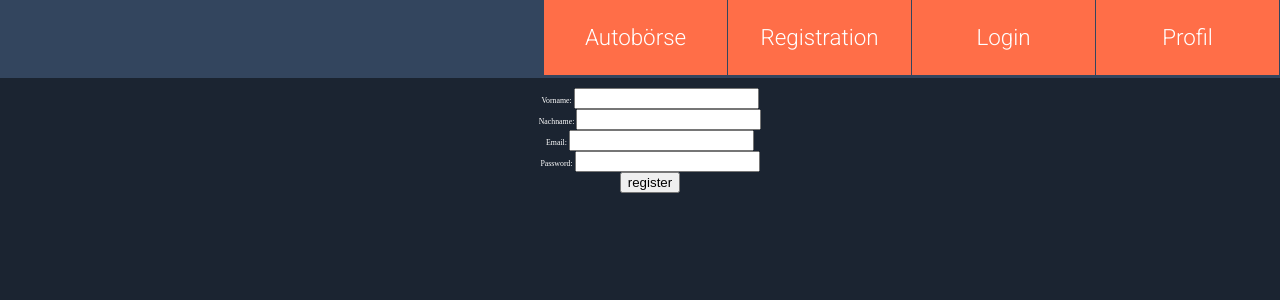
Repository: Turkelten/CarAdminstration
Page: http://localhost/Autobörse/registration.html
An editor plug-in stored every save of this project. The page is shown before and after the next save, followed by the edit.
The browser window is 1280 px wide. The pictures show the whole page.
The page is served by Tomcat 9. Other server files are loaded and not shown.

Above is the page before, as saved 2020-07-18 18:25:42.

### Autobörse/WebContent/registration.html
<!DOCTYPE html>
<html>
<head>
	<meta name="viewport" content="width=device-width, initial-scale=1.0" charset="ISO-8859-1">
	<title>Autobörse</title>
	<link href="https://fonts.googleapis.com/css2?family=Roboto+Slab:wght@300&family=Roboto:wght@300&display=swap" rel="stylesheet">
	<link href="style.css" rel="stylesheet">
</head>
<body>
	<header>
		<nav id="normal">
			<ul>
			  	<li ><a href="index.html">Autobörse</a></li>
			  	<li ><a class="active" href="registration.html">Registration</a></li>
			  	<li ><a class="active" onclick="document.getElementById('id01').style.display='block'">Login</a></li>
			  	<li ><a class="active" href="userprofil.html">Profil</a>
			  		<ul>
			  			<li ><a onclick="document.getElementById('profildaten').style.display='block'">Daten</a></li>
				  		<li ><a onclick="">Inserat erstellen</a></li>
				  		<li ><a class="active" href="LogoutServlet">Logout</a></li>
			 		</ul>
			  	</li>
			</ul>
		</nav>

		<nav id="mobile">
			<div id="menu">Menü</div>
			<ul>
			  	<li ><a href="index.html">Autobörse</a></li>
			  	<li ><a class="active" href="registration.html">Registration</a></li>
			  	<li ><a class="active" onclick="document.getElementById('id01').style.display='block'">Login</a></li>
			  	<li ><a class="active" href="userprofil.html">Profil</a>
			  		<ul>
			  			<li ><a onclick="document.getElementById('profildaten').style.display='block'">Daten</a></li>
				  		<li ><a onclick="">Inserat erstellen</a></li>
				  		<li ><a class="active" href="LogoutServlet">Logout</a></li>
			 		</ul>
			  	</li>
			</ul>
		</nav>
	</header>

	<div class="page">
		<div class="registration">
			<div class="login">
				<form method="post" action="register">
					 	Vorname:	<input class="inputregister" type="text" name="firstname" /><br/>
				    	Nachname:	<input class="inputregister" type="text" name="lastname" 	/><br/>
						Email:		<input class="inputregister" type="text" name="email" 	/><br/>
				       	Password:	<input class="inputregister" type="password" name="pass" 	/><br/>
				       <input type="submit" value="register" />
			   	</form>
		   	</div>
	   	</div>
   	</div>
</body>
</html>

### Autobörse/WebContent/style.css
body,
html {
  background: #1b2431;
  margin: 0;
  padding: 0;
  font-size: 100%;
  color: white;
}

@media screen and (max-width: 600px) {
  body,
  html {
    font-size: 48%;
  }
}

@media screen and (min-width: 600px) {
  body,
  html {
    font-size: 53%;
  }
}

@media screen and (min-width: 800px) {
  body,
  html {
    font-size: 57%;
  }
}

@media screen and (min-width: 1200px) {
  body,
  html {
    font-size: 70%;
  }
}

header {
  background: #33455e;
  position: fixed;
  top: 0;
  width: 100%;
  text-align: right;
  transition: 200ms all;
  height: 7rem;
}

header nav#normal {
  color: #c8354e;
  display: inline-block;
}

@media screen and (max-width: 800px) {
  header nav#normal {
    display: none;
  }
}

header nav#normal ul {
  margin: 0;
  padding: 0;
  transition: all 300ms;
  display: inline-block;
}

header nav#normal ul li {
  margin: 0;
  padding: 0;
  float: left;
  list-style: none;
  position: relative;
  transition: all 300ms;
}

header nav#normal ul li a {
  display: inline-block;
  padding: 2.17rem;
  float: left;
  min-width: 12rem;
  text-align: center;
  font-size: 2rem;
  color: #fff;
  margin: 0 1px 0 0;
  text-decoration: none;
  background: #ff6e48;
  font-weight: 300;
  transition: all 300ms;
  font-family: "Roboto", sans-serif;
}

header nav#normal ul li:hover > a {
  background: #d85d3c;
}

header nav#normal ul li ul {
  overflow: hidden;
  position: absolute;
  top: 100%;
  left: 0;
  width: 100%;
  transition: 300ms all;
  max-height: 0;
}

header nav#normal ul li ul li {
  border-bottom: 1px solid #8c1e31;
}

header nav#normal ul li:hover > ul {
  max-height: 700px;
}

header nav#mobile {
  color: #c8354e;
  display: none;
}

@media screen and (max-width: 800px) {
  header nav#mobile {
    display: block;
  }
}

header nav #menu {
  padding: 2.17rem 5% 2.17rem 5%;
  float: left;
  width: 90%;
  text-align: center;
  font-size: 2rem;
  color: #fff;
  cursor: pointer;
  font-weight: 300;
  transition: all 500ms;
  font-family: "Roboto", sans-serif;
}

header nav#mobile ul {
  width: 100%;
  margin: 0;
  padding: 0;
  max-height: 0;
  transition: all 500ms;
  overflow: hidden;
  float: left;
}

header nav#mobile:hover > ul {
  max-height: 800px;
}

header nav#mobile ul li {
  margin: 0;
  padding: 0;
  float: left;
  width: 100%;
  list-style: none;
  position: relative;
  transition: all 500ms;
}

header nav#mobile ul li a {
  display: inline-block;
  padding: 2.17rem 5% 2.17rem 5%;
  float: left;
  min-width: 12rem;
  width: 90%;
  text-align: center;
  font-size: 2rem;
  color: #fff;
  text-decoration: none;
  background: #c8354e;
  font-weight: 300;
  transition: all 500ms;
  font-family: "Roboto", sans-serif;
}

header nav#mobile ul li:hover > a {
  background: #8c1e31;
}

header nav#mobile ul li ul {
  width: 100%;
  transition: all 500ms;
  max-height: 0;
  overflow: hidden;
  float: left;
}

header nav#mobile ul li ul li {
  display: block;
  float: left;
  background: #8c1e31;
  transition: all 500ms;
}

header nav#mobile ul li ul li a {
  background: #8c1e31;
}

header nav#mobile ul li:hover > ul {
  max-height: 500px;
}

.page {
  	position:fixed;
   	padding: 10px;;
    margin:0;

    top:7rem;
    left:0;

    width: 100%;
    height: 100%;
}

.registration {
	text-align: center;
	margin-bottom: auto;
}

.grid-container {
  display: grid;
  grid-template-rows: 80px 200px;
}

After the next save:
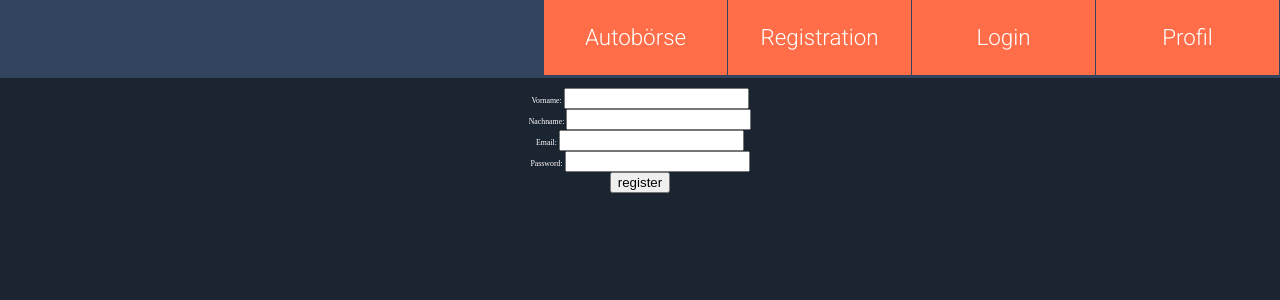
Saved 10 s later.
--- a/Autobörse/WebContent/style.css
+++ b/Autobörse/WebContent/style.css
@@ -203,7 +203,7 @@
 
 .page {
   	position:fixed;
-   	padding: 10px;;
+    padding:0;
     margin:0;
 
     top:7rem;
@@ -216,6 +216,7 @@
 .registration {
 	text-align: center;
 	margin-bottom: auto;
+	padding: 10px;
 }
 
 .grid-container {

After the save that followed:
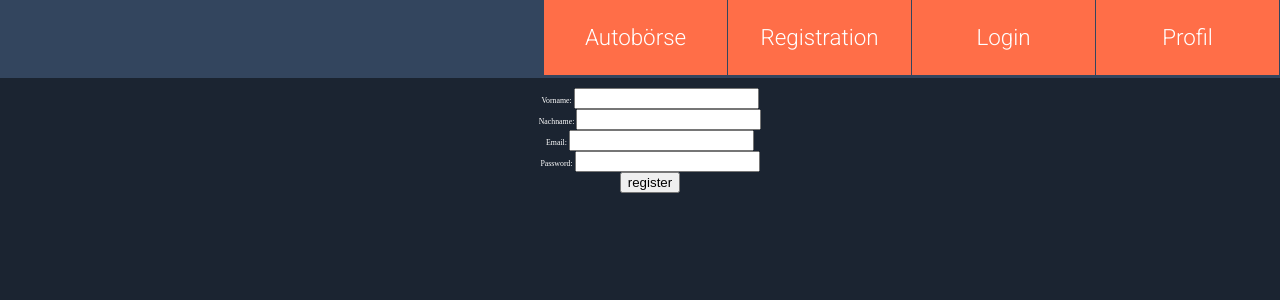
Saved 7 s later.
--- a/Autobörse/WebContent/style.css
+++ b/Autobörse/WebContent/style.css
@@ -217,6 +217,8 @@
 	text-align: center;
 	margin-bottom: auto;
 	padding: 10px;
+	width: 100%;
+    height: 100%;
 }
 
 .grid-container {
